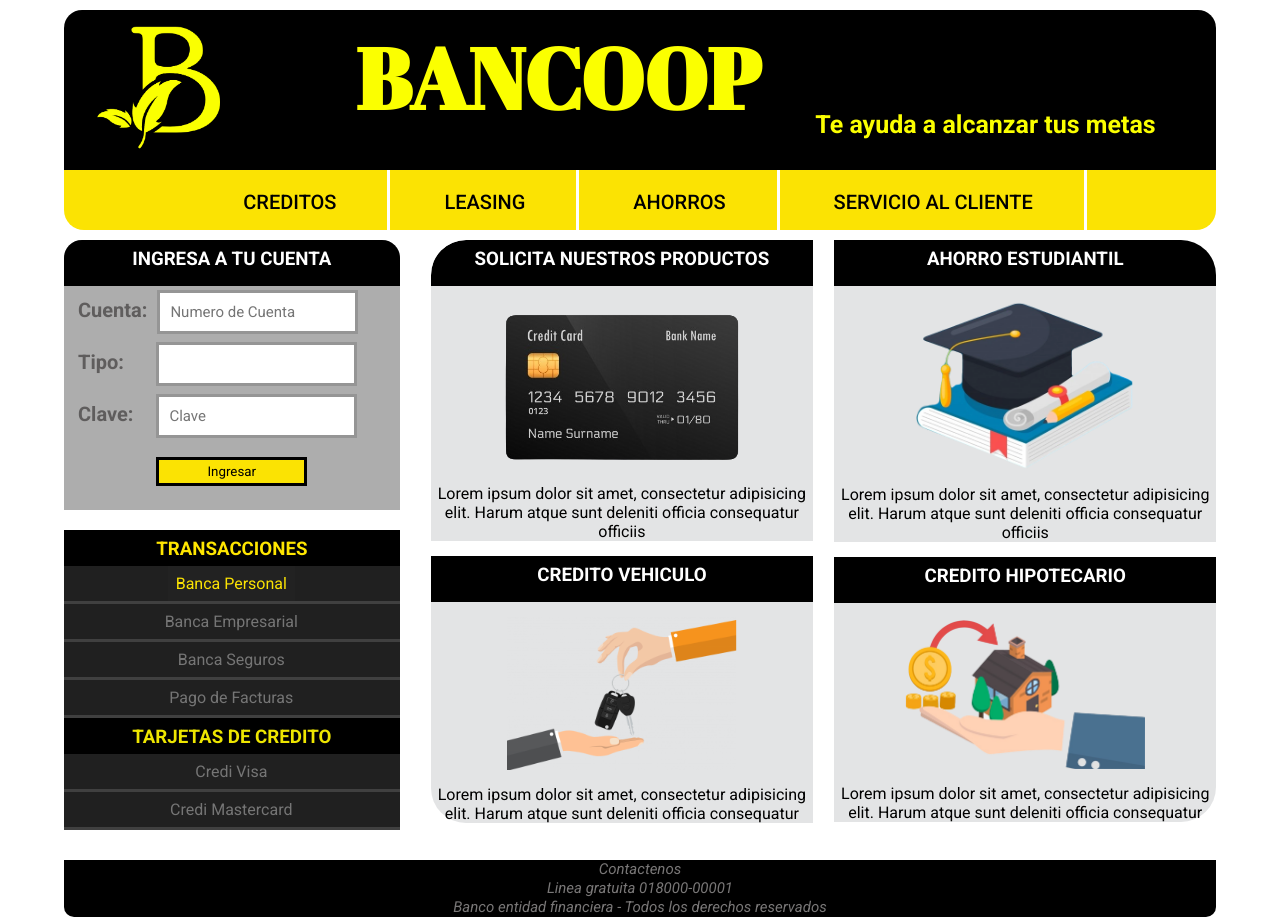
Repository: NickArregoces/BANCOOP
Page: Index.html
These files come from the project's save history. The page is drawn as it stood at one moment and after the next save; the edit follows.
The browser window is 1280 px wide. The pictures show the whole page.
The pointer rests on the first visible `.opciones li a`.

Above is the page before, as saved 2021-10-15 10:20:06.

### Index.html
<!DOCTYPE html>
<html lang="en">
<head>
    <meta charset="UTF-8">
    <meta http-equiv="X-UA-Compatible" content="IE=edge">
    <meta name="viewport" content="width=device-width, initial-scale=1.0">
    <title>BANCOOP Home</title>
    <bgsound src="musica.mid"></bgsound>
    <link rel="stylesheet" href="/CSS/Style.css">
    <link href="https://fonts.googleapis.com/css2?family=Roboto:ital,wght@0,100;0,300;0,400;0,500;0,700;0,900;1,100;1,300;1,400;1,500;1,700;1,900&display=swap" rel="stylesheet">
    <link rel="preconnect" href="https://fonts.googleapis.com">
    <link rel="preconnect" href="https://fonts.gstatic.com" crossorigin>
    <link href="https://fonts.googleapis.com/css2?family=Abril+Fatface&display=swap" rel="stylesheet">

</head>
<body>
    <div id="head">
        <header>
            <div class="image">
                <img src="/Images/logo1.png" alt="logo">
            </div>
            <div class="title" >
                <h1>BANCOOP</h1>
                <h3>Te ayuda a alcanzar tus metas</h3>
            </div>

        </header>

        <nav class="barra"></nav>

            <div class="navegador">
                <ul class="menu">
                    <li><a href="/Creditos.html">Creditos</a></li>
                    <li><a href="/Leasing.html">leasing</a></li>
                    <li><a href="/Ahorros.html">Ahorros</a></li>
                    <li><a href="/Servicio.html">Servicio al cliente</a></li>
                </ul>
            </div>

    </div>
        <div id="Contenido">
            <div class="section">
                <form action="" class="login">
                    <h3 style="color: rgb(255, 255, 255);">INGRESA A TU CUENTA</h3>
                        <div class="cuenta">
                            <h4>Cuenta:<input type="number" placeholder="Numero de Cuenta" required></h4>
                        </div>

                        <div class="tipo">
                            <h4>Tipo:<input type="text" required></h4>
                        </div>

                        <div class="clave">
                            <h4>Clave:<input type="password" placeholder="Clave" required></h4>
                        </div>

                    <div class="center">
                        <button class="sumbit"> Ingresar </button>
                    </div>

                </form>

                <article class="opciones">
                    <h3 style="color: rgb(255, 230, 0);">TRANSACCIONES</h3>
                    <li><a href="#">Banca Personal</a></li>
                    <li><a href="#">Banca Empresarial</a></li>
                    <li><a href="#">Banca Seguros</a></li>
                    <li><a href="#">Pago de Facturas</a></li>

                    <h3 style="color: rgb(238, 230, 0);">TARJETAS DE CREDITO</h3>
                    <li><a href="#">Credi Visa</a></li>
                    <li><a href="#">Credi Mastercard</a></li>
                </article>
            </div>

            <div id="Cuadros">
                <aside>
                    <div class="solicita">
                        <h3 style="color: rgb(255, 255, 255);">SOLICITA NUESTROS PRODUCTOS</h3>

                        <div id="Prueba">
                        <img id="Prubea" src="/Images/credit.png" alt="">
                        </div>

                        <p>Lorem ipsum dolor sit amet, consectetur adipisicing elit.
                            Harum atque sunt deleniti officia consequatur officiis</p>
                    </div>

                    <div class="ahorro">
                        <h3 style="color: rgb(255, 255, 255);">AHORRO ESTUDIANTIL</h3>

                        <div id="Prueba">
                        <img id="Prubea" src="/Images/Captura de pantalla 2021-10-04 181948.png" alt="">
                        </div>

                        <p>Lorem ipsum dolor sit amet, consectetur adipisicing elit.
                            Harum atque sunt deleniti officia consequatur officiis</p>
                    </div>

                    <div class="credito">
                        <h3 style="color: rgb(255, 255, 255);">CREDITO VEHICULO</h3>

                        <div id="Prueba">
                        <img id="Prubea" src="/Images/Captura de pantalla 2021-10-04 192824.png" alt="">
                        </div>

                        <p>Lorem ipsum dolor sit amet, consectetur adipisicing elit.
                            Harum atque sunt deleniti officia consequatur</p>
                    </div>
                    <div class="hipotecario">
                        <h3 style="color: rgb(255, 255, 255);">CREDITO HIPOTECARIO</h3>

                        <div id="Prueba">
                        <img id="Prubea" src="/Images/Wallpaper(80).jpg" alt="">
                        </div>

                        <p>Lorem ipsum dolor sit amet, consectetur adipisicing elit.
                            Harum atque sunt deleniti officia consequatur </p>
                    </div>
                </aside>
            </div>

            <div>
                <footer>
                        <p>Contactenos</p>
                        <p>Linea gratuita 018000-00001</p>
                        <p>Banco entidad financiera
                        - Todos los derechos reservados</p>
                </footer>
            </div>
        </div>

</body>
</html>

### CSS/Style.css

*{
    margin: 0 auto;
    padding: 0;
    list-style:none;
    font-family: 'Roboto', sans-serif;
}
body{
    font-family: Arial, Helvetica, sans-serif;
    background: rgb(255, 255, 255);
    width: 90%;
    color: rgb(0, 0, 0);
}
header{
    display: flex;
    justify-content: space-around;
    padding: 10px 0px;
    margin-top: 10px;
    background:rgb(0, 0, 0);
    border-top-left-radius:  18px;
    border-top-right-radius:  18px;
    height: 120px;
}
    /*Logo*/
    .image img{
        float: left;
        width: 130px;
        cursor: pointer;
        /*margin-left: 330px;
        margin-top: 5px;*/
    }
    header .title h1{
        width: 400px;
        height: 90px;
        margin-left: 70px;
        font-family: 'Abril Fatface', cursive;
        font-size: 85px;
        text-align: center;
        color: rgb(251, 255, 0);
    }

    header .title h3{
        width: 400px;
        margin-left: 500px;
        font-size: 25px;
        text-align: center;
        color: rgb(251, 255, 0);
    }

nav.barra{
    background: rgb(0, 0, 0);
    height: 20px;
}
div.navegador{
    text-align: center;
}
    ul.menu{
        border-bottom-left-radius: 20px 20px;
        border-bottom-right-radius: 20px 20px;
        background: rgb(251, 227, 3);
        height: 60px;
        list-style: none;
        padding: 0;
        max-width: 10000px;
    }
    .menu a{
        height: 20px;
        font-size: 20px;
        font-weight: 500;
        margin-right: 1px;
        text-transform: uppercase;
        text-decoration: none;
        color:black;
        padding: 20px;
        display: inline-block;
        transition: all 0.3s;
    }
    .menu li {
        border-right: solid white;
        display: inline-block;
        padding: 0px 30px;
        list-style: none;

        }
    .menu a:hover{
        background: #8d8405b6;
        color: white;
        border-radius: 10px;
        padding:10px 15px;
        }

.section{
    width: 30%;
    float: left;
}
    /*Formulario Login*/
    form{
        background: rgb(173, 173, 173);
        border-top-left-radius: 18px;
        border-top-right-radius: 18px;
        margin-top: 10px;
        margin-right:10px;
        margin-bottom: 10px;
        height: 270px;
    }
        form h3{
            text-align: center;
            background: black;
            height: 30px;
            padding: 8px;
            border-top-left-radius: 18px;
            border-top-right-radius: 18px;
        }
        form h4{
            font-size: 20px;
            padding: 4px;
            margin-left: 10px;
            color: rgb(95, 93, 93);

        }
        form input{
            font-size: 15px;
            width: 55%;
            padding: 10px;
            display: inline;
            border: solid rgb(149, 149, 149);
            margin-left: 10px;
        }
        div.clave input {
            margin-left: 23px;
        }
        div.tipo input {
            margin-left: 32px;
        }
        div.center{
            margin-top: 10px;
            margin: auto;
            text-align: center;
            width: 50%;
            cursor: pointer;
        }
        button{
            margin-top: 15px;
            width: 90%;
            padding: 4px;
            background: rgb(251, 227, 3);
            border: solid black;
            cursor: pointer;
        }
        button:hover{
            background: #242323b6;
            color: rgb(251, 227, 3);
            padding: 5px 5px;
            border-radius: 5px;
        }
    /*Menu lateral*/
    article {
        height: 300px;
        background: rgb(32, 32, 32);
        margin-top: 20px;
        margin-right:10px;
        margin-bottom: 10px;
    }
        article h3{
            text-align: center;
            padding: 8px;
            height: 20px;
            background: black;
        }
        .opciones li a{
            font-size: 16px;
            margin-right: 1px;
            text-align: center;
            text-decoration: none;
            color:rgb(117, 117, 117);
            padding: 8px;
            display: inline-block;
        }
        .opciones li {
            border-bottom: solid rgba(68, 68, 68, 0.897);
            text-align: center;
            display:inline-flexbox;
            }
        .opciones li a:hover{
            background: #242323b6;
            color: rgb(251, 227, 3);

            }

    /*Servicios*/
aside{
    width: 69%;
    height: 610px;
    margin-top: 10px;
    float: right;
    margin-bottom: 10px;
}
    div.solicita{
        width: 48%;
        float: left;
        border-top-left-radius: 35px;
        margin-left: 10px;
        background: #e3e4e5;
        text-align:center;
        overflow:hidden;
    }
    /*Centrado Imagenes aside*/
    #Prueba{
        display: flex;
        align-items: center;
        justify-content: center;
    }
        div.solicita img {
            width: 250px;
            margin-top: 15px;
            margin-bottom: 15px;
        }
        /*Efecto Imagenes aside*/
        div aside img:hover{
            -webkit-transform:scale(1.1);
            transform:scale(1.1);
        }
        div.solicita h3{
            text-align: center;
            background: black;
            height: 30px;
            padding: 8px;
            border-top-left-radius: 35px;
        }
        div.solicita p{
            display: inline-block;
            text-align: center;
        }

    div.ahorro {
        width: 48%;
        float: right;
        border-top-right-radius: 35px;
        margin-left: 10px;
        background: #e3e4e5;
    }
        div.ahorro img {
            width: 220px;
            margin-top: 15px;
            margin-bottom: 15px;
        }
        div.ahorro h3{
            text-align: center;
            background: black;
            height: 30px;
            padding: 8px;
            border-top-right-radius: 35px;
        }
        div.ahorro p{
            display: inline-block;
            text-align: center;
        }

    div.credito {
        width: 48%;
        float: left;
        margin-top: 15px;
        border-bottom-left-radius: 35px;
        margin-left: 10px;
        background: #e3e4e5;
    }
        div.credito img {
            width: 230px;
            margin-top: 15px;
            margin-bottom: 15px;
        }
        div.credito h3{
            text-align: center;
            background: black;
            height: 30px;
            padding: 8px;
        }
        div.credito p{
            display: inline-block;
            text-align: center;
        }

    div.hipotecario {
        width: 48%;
        float: right;
        border-top-right-radius: 35px;
        border-bottom-right-radius: 35px;
        margin-top: 15px;
        background: #e3e4e5;
        }
            div.hipotecario img {
                width: 240px;
                margin-top: 15px;
                margin-bottom: 15px;
            }
            div.hipotecario h3{
                text-align: center;
                background: black;
                height: 30px;
                padding: 8px;
            }
            div.hipotecario p{
                display: inline-block;
                text-align: center;
            }

    /*Pie de Pagina*/
footer{
    background: black;
    clear: both;
    border-bottom-left-radius: 10px;
    border-bottom-right-radius: 10px;
}
    footer p{
        font-size: 15px;
        text-align: center;
        line-height: 15px;
        color: rgb(121, 119, 119);
        font-style:italic;
        padding: 2px;
    }

After the next save:
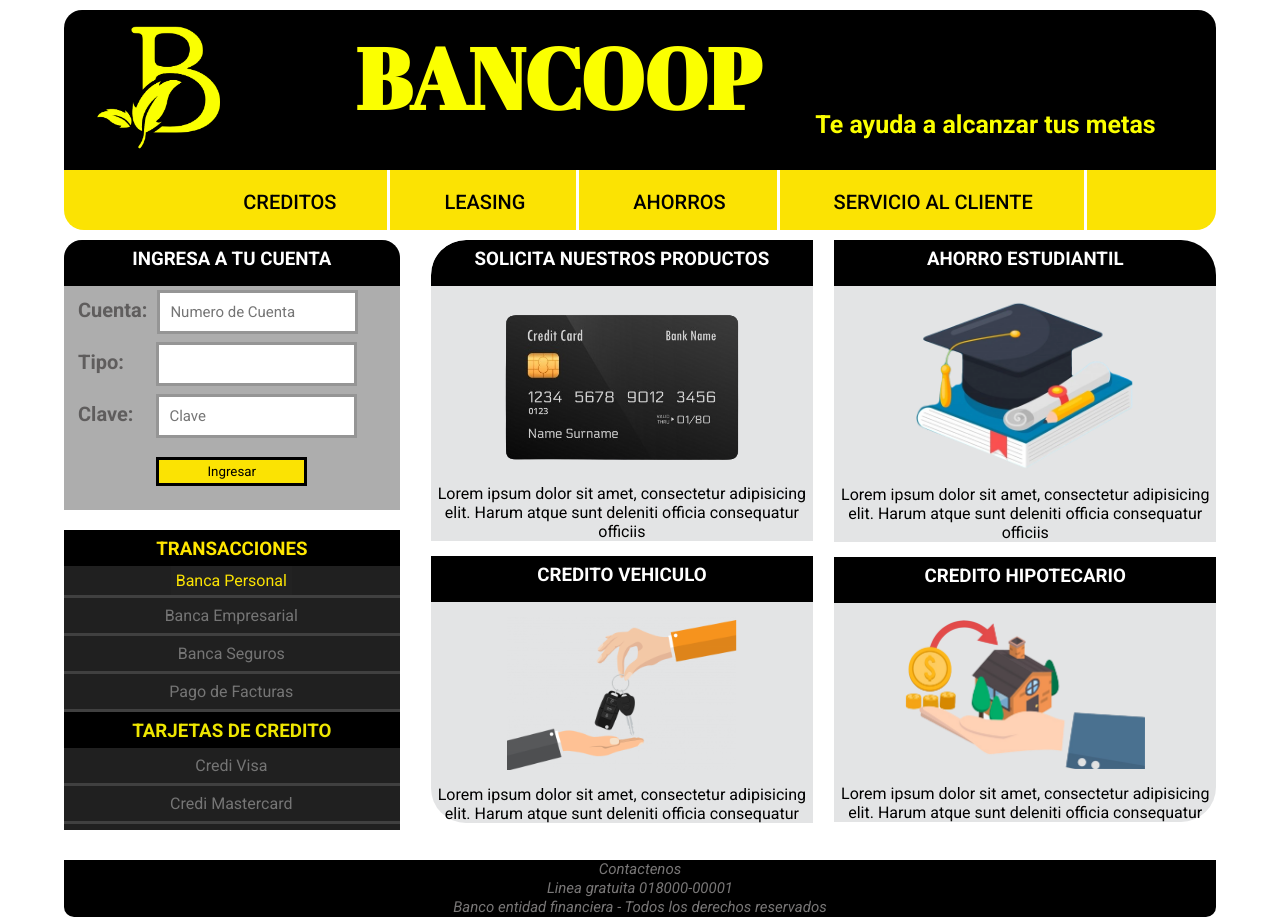
Saved 12 s later.
--- a/CSS/Style.css
+++ b/CSS/Style.css
@@ -184,7 +184,7 @@ div.navegador{
         .opciones li a:hover{
             background: #242323b6;
             color: rgb(251, 227, 3);
-
+            padding: 5px 5px;
             }
 
     /*Servicios*/
